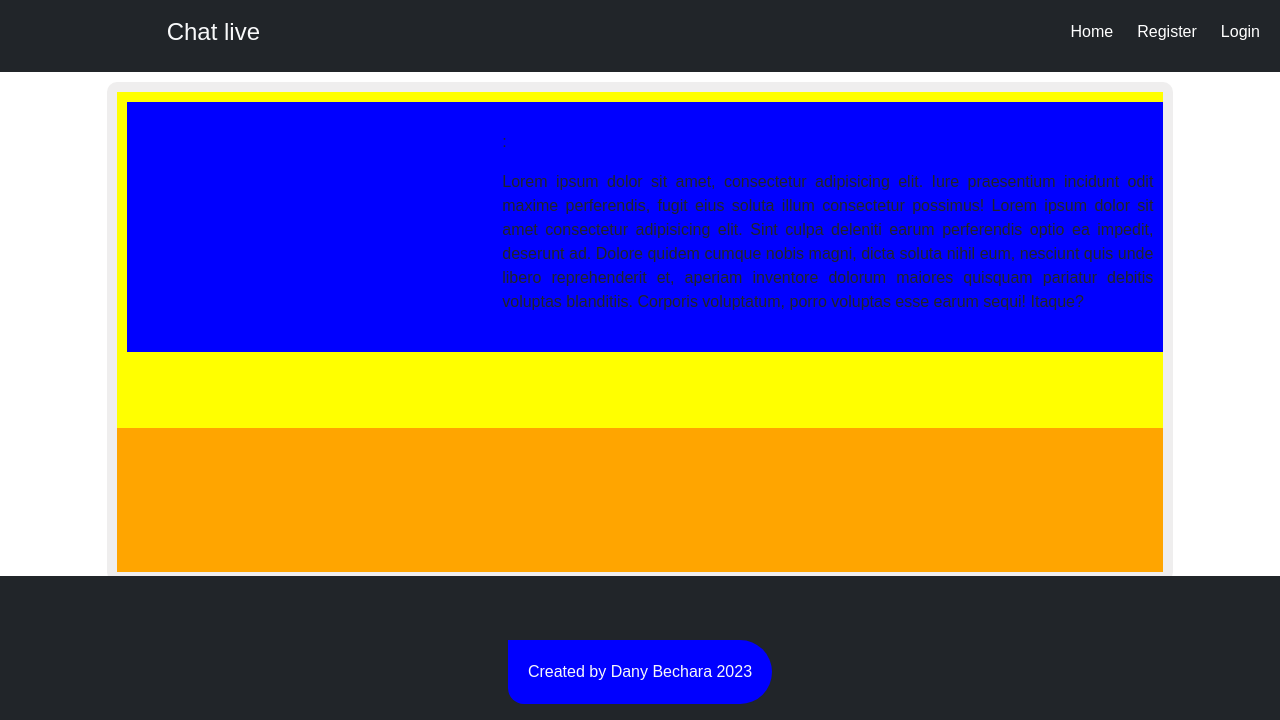
Repository: bechara611/chatv2
Page: /chat
The author's editor kept a copy of each file at every save. The page is drawn from the files as they stood at one save, then again after the next save.
The browser window is 1280 px wide. The pictures show the whole page.
The page's requests for data from a server got no answer. The project was rebuilt for these pictures with package versions that can differ from the ones it lists, and the page was loaded fresh each time. Some packages were replaced by stand-ins written for this rebuild. No one was signed in, and anything a server would have sent is missing. Also part of the build but not shown: src/hooks/useForm.jsx, src/api/Instance.jsx, src/auth/hooks/useAuth.jsx, src/auth/components/login.jsx, src/auth/components/register.jsx, src/ui/components/Home.jsx, src/App.css.

Above is the page before, as saved 2023-03-15 17:20:55.

After the next save:
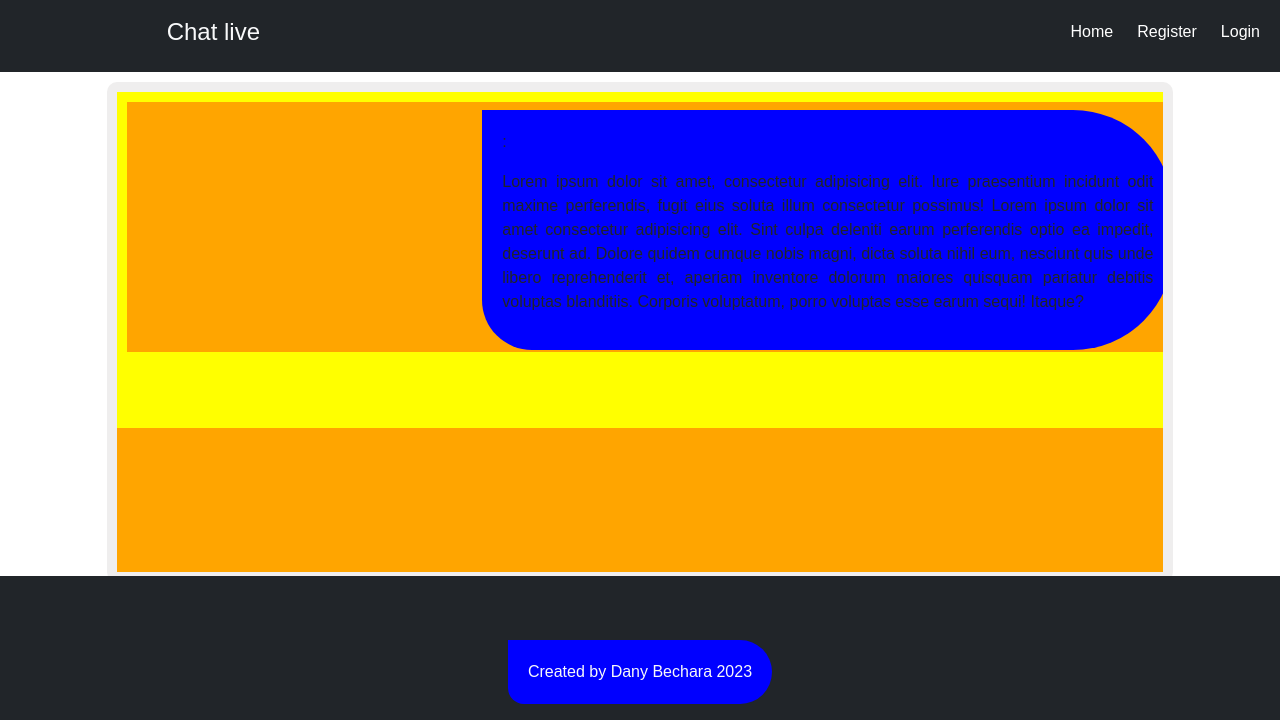
Saved 6 s later.
--- a/src/chat/components/Mensaje.jsx
+++ b/src/chat/components/Mensaje.jsx
@@ -5,7 +5,7 @@ export const Mensaje = ({ mensaje, background }) => {
         <>
             <div className="col-12 contenedorMensajeInidividual" style={
                 { justifyContent: mensaje.email === localStorage.getItem('email') ? 'flex-start' : 'flex-end',
-                background: mensaje.email === localStorage.getItem('email') ? 'red' : 'blue',
+                background: mensaje.email === localStorage.getItem('email') ? 'red' : 'orange',
             }
 
             } >
